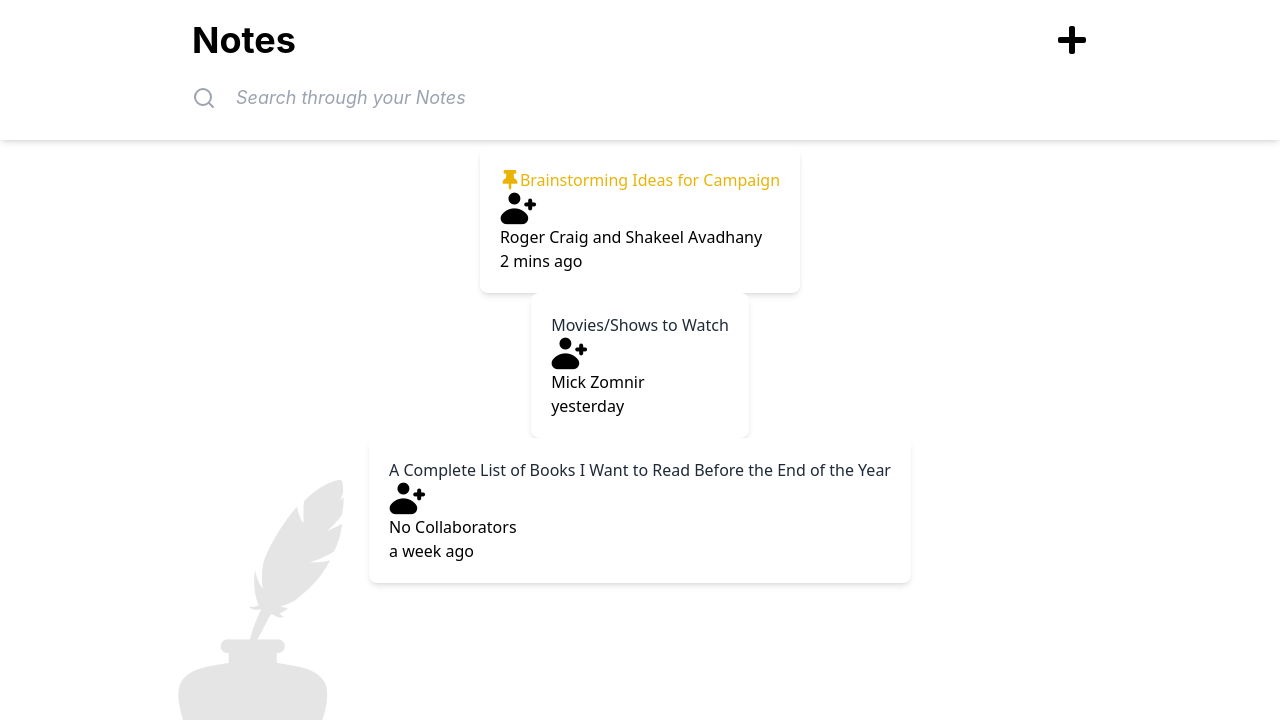
Repository: shabiasaeed/Notes-app
Page: /
An editor plug-in stored every save of this project. The page is shown before and after the next save, followed by the edit.
The browser window is 1280 px wide. The pictures show the whole page.
The project was rebuilt for these pictures with package versions that can differ from the ones it lists, and the page was loaded fresh each time. Also part of the build but not shown: src/components/Header.css, src/components/Note.css, src/App.css.

Above is the page before, as saved 2025-01-01 18:25:42.

### src/App.js
import React, { useState } from 'react';
import Header from './components/Header';
import Note from './components/Note';
import './App.css';
import backgroundInk from './assets/ink-background-element.png';

//Component to handle the rendering of the header and note compnents
function App() {
  // Displaying few static notes
  const [notes, notesList] = useState([
    {
      title: "Brainstorming Ideas for Campaign",
      author: "Roger Craig and Shakeel Avadhany",
      time: "2 mins ago",
      pinned: true
    },
    {
      title: "Movies/Shows to Watch",
      author: "Mick Zomnir",
      time: "yesterday",
      pinned: false
    },
    {
      title: "A Complete List of Books I Want to Read Before the End of the Year",
      author: "No Collaborators",
      time: "a week ago",
      pinned: false
    }
  ]);

  function handleDelete(title){
    notesList(notes.filter( note => note.title !== title))
  }

  function handlePinToggle(title){
    notesList(prevNotes => prevNotes.map(note => note.title === title ? { ...note, pinned: !note.pinned } : note));
  };

  // Search state
  const [searchNotes, setSearchNotes] = useState('');

  // Filter notes based on search
  const filteredNotes = notes.filter(note => note.title.toLowerCase().includes(searchNotes.toLowerCase()));

  // Pinned notes to appear at the top
  const sortedNotes = filteredNotes.sort((a, b) => b.pinned - a.pinned);

  return (
    <div className="App">
      <Header setSearchNotes={setSearchNotes}/>
      <main className="p-2 relative flex flex-col items-center font-sans">
        <img src={backgroundInk} alt="Ink Element" className="fixed top-2/3 right-2/3 transform -translate-x-1/2 z-[-1] w-26"/>
        {sortedNotes.map((note, index) => (
          <Note key={index} title={note.title} author={note.author} time={note.time} pinned={note.pinned} onDelete={handleDelete} onPinToggle={handlePinToggle}/>
        ))}
      </main>
    </div>
  );
}

export default App;

### src/components/Header.js
import React from 'react';
import './Header.css';
import addButton from '../assets/add-button.png';
import { FiSearch } from 'react-icons/fi';
import { FaPlus } from 'react-icons/fa';


// Component to handle the display of the application's header section
const Header = ({ setSearchNotes }) => {
  return (
    <header className="p-5 bg-white flex flex-col items-center shadow-md">
      <div className="flex items-center justify-between w-full max-w-4xl">
        <h1 className="text-4xl font-bold text-black">Notes</h1>
        <FaPlus className="w-8 h-8 cursor-pointer"/>
      </div>
      <div className="flex items-center w-full max-w-4xl mt-4">
        <FiSearch className="w-6 h-6 text-gray-400 mr-3" />
        <input type="text" placeholder="Search through your Notes" className="flex-grow border-none outline-none p-2 text-lg italic placeholder-gray-400" onChange={(e) => setSearchNotes(e.target.value)}/>
      </div>
    </header>
  );
};

export default Header;

### src/components/Note.js
import React, { useState } from 'react';
import './Note.css';
import userIcon from '../assets/user-icon.png';
import { FiTrash } from 'react-icons/fi';
import { FaThumbtack } from 'react-icons/fa';
import { TbPinned } from 'react-icons/tb';

//Component to handle the display of the note's section
const Note = ({ title, author, time, pinned, onDelete, onPinToggle }) => {
  const [isHovered, setIsHovered] = useState(false); //State for checking whether the note is hovered


  return (
    <div className="p-5 bg-white rounded-lg shadow-md hover:shadow-lg transition-shadow flex flex-col" onMouseEnter={() => setIsHovered(true)} onMouseLeave={() => setIsHovered(false)}>
      <div className={`flex items-center justify-between ${pinned ? 'text-yellow-500' : 'text-gray-800'}`}>
      {pinned ? (<FaThumbtack className="w-5 h-5 cursor-pointer" onClick={() => onPinToggle(title)}/>) : (isHovered && (<TbPinned className="pin-icon" onClick={() => onPinToggle(title)}/>))}
        <h2>{title}</h2>
        {isHovered && (<FiTrash className="w-5 h-5 cursor-pointer" onClick={() => onDelete(title)}/>)}
      </div>
      <div className="note-footer">
        <img src={userIcon} alt="User" className="user-icon"/>
        <p>{author}</p>
        <span>{time}</span>
      </div>
    </div>
  );
};

export default Note;

Loaded but not shown: public/index.html (common file); src/index.js (common file); src/index.css (common file); src/reportWebVitals.js (common file); tailwind.config.js (common file)

After the next save:
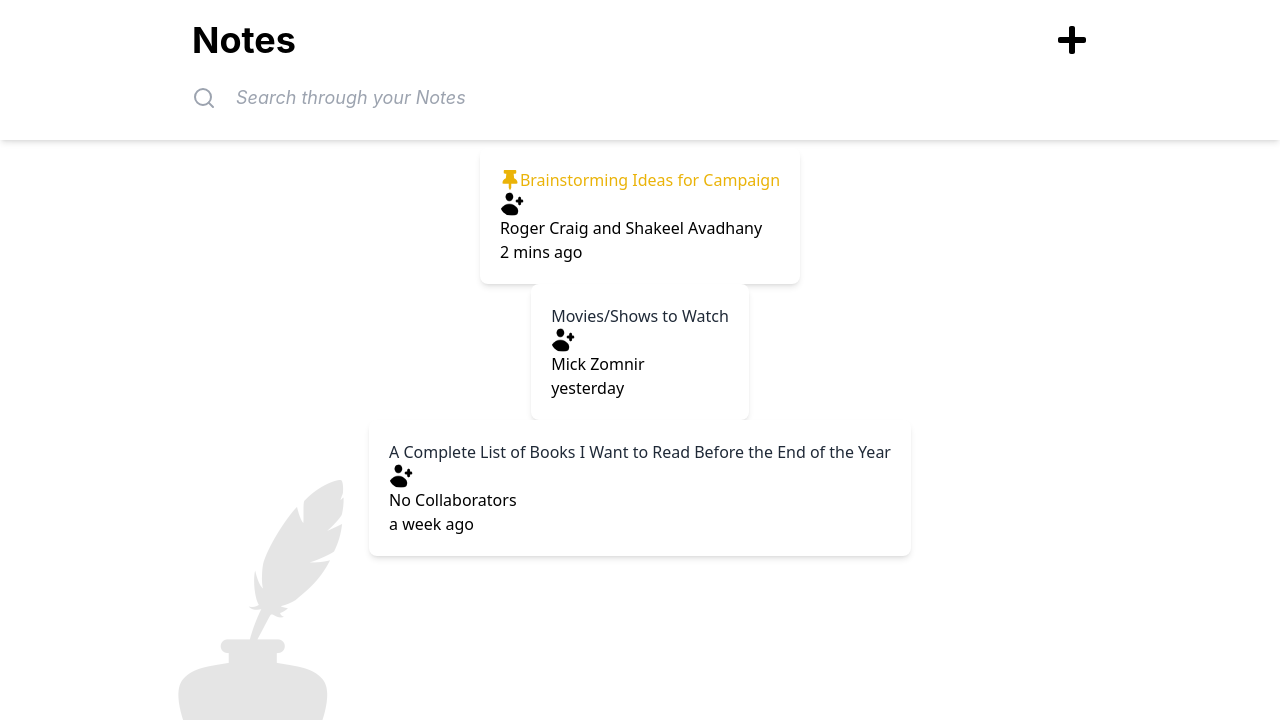
Saved 50 s later.
--- a/src/components/Note.js
+++ b/src/components/Note.js
@@ -13,12 +13,12 @@ const Note = ({ title, author, time, pinned, onDelete, onPinToggle }) => {
   return (
     <div className="p-5 bg-white rounded-lg shadow-md hover:shadow-lg transition-shadow flex flex-col" onMouseEnter={() => setIsHovered(true)} onMouseLeave={() => setIsHovered(false)}>
       <div className={`flex items-center justify-between ${pinned ? 'text-yellow-500' : 'text-gray-800'}`}>
-      {pinned ? (<FaThumbtack className="w-5 h-5 cursor-pointer" onClick={() => onPinToggle(title)}/>) : (isHovered && (<TbPinned className="pin-icon" onClick={() => onPinToggle(title)}/>))}
+      {pinned ? (<FaThumbtack className="w-5 h-5 cursor-pointer" onClick={() => onPinToggle(title)}/>) : (isHovered && (<TbPinned className="w-5 h-5 cursor-pointer" onClick={() => onPinToggle(title)}/>))}
         <h2>{title}</h2>
-        {isHovered && (<FiTrash className="w-5 h-5 cursor-pointer" onClick={() => onDelete(title)}/>)}
+        {isHovered && (<FiTrash className="w-5 h-5 text-red-500 cursor-pointer" onClick={() => onDelete(title)}/>)}
       </div>
       <div className="note-footer">
-        <img src={userIcon} alt="User" className="user-icon"/>
+        <img src={userIcon} alt="User" className="w-6 h-6 rounded-full mr-2"/>
         <p>{author}</p>
         <span>{time}</span>
       </div>
